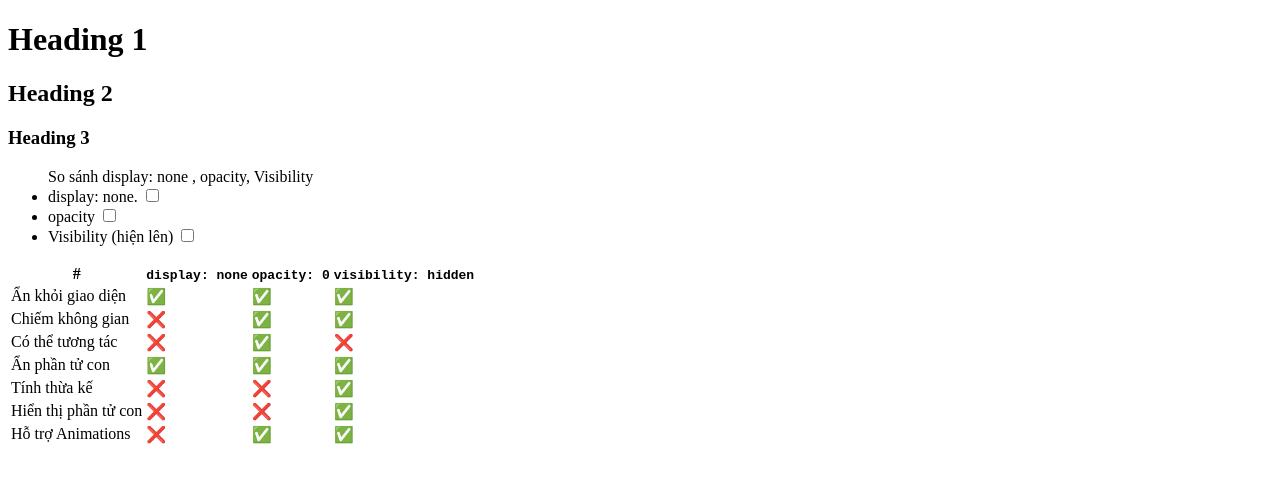
Repository: phanvu0103/HTML-CSS
Page: CSS_23_Thẻ-Inline_và_Thẻ_block/07_So-sánh-display-opacity-và-visibility-#1/index.html
These files come from the project's save history. The page is drawn as it stood at one moment and after the next save; the edit follows.
The browser window is 1280 px wide. The pictures show the whole page.

Above is the page before, as saved 2022-10-18 13:42:39.

After the next save:
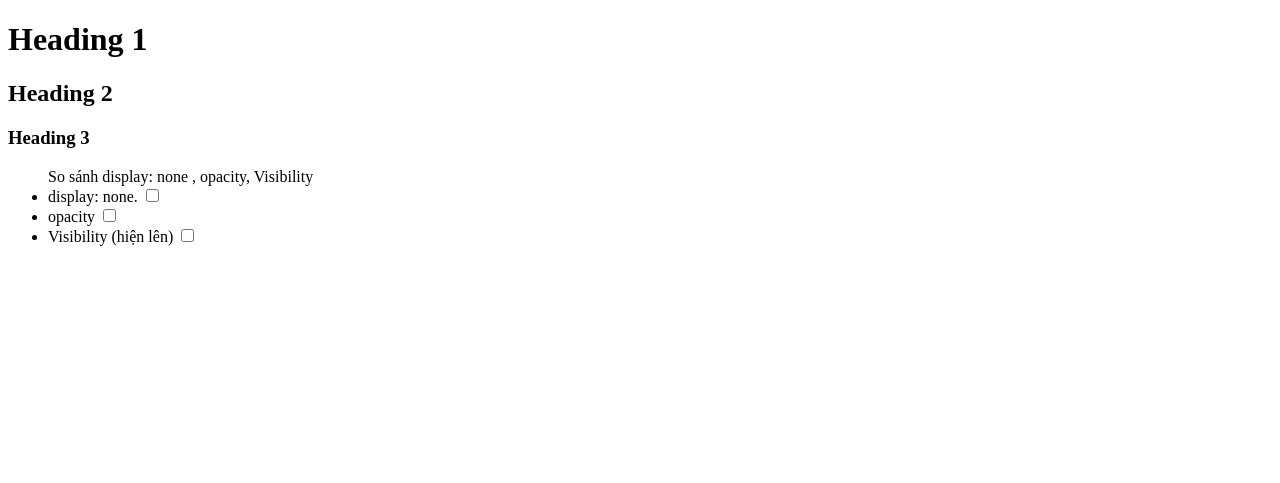
Saved 12 s later.
--- a/CSS_23_Thẻ-Inline_và_Thẻ_block/07_So-sánh-display-opacity-và-visibility-#1/index.html
+++ b/CSS_23_Thẻ-Inline_và_Thẻ_block/07_So-sánh-display-opacity-và-visibility-#1/index.html
@@ -26,59 +26,5 @@
         <input type="checkbox" />
       </li>
     </ul>
-    <table>
-      <thead>
-        <tr>
-          <th>#</th>
-          <th><code>display: none</code></th>
-          <th><code>opacity: 0</code></th>
-          <th><code>visibility: hidden</code></th>
-        </tr>
-      </thead>
-      <tbody>
-        <tr>
-          <td>Ẩn khỏi giao diện</td>
-          <td>✅</td>
-          <td>✅</td>
-          <td>✅</td>
-        </tr>
-        <tr>
-          <td>Chiếm không gian</td>
-          <td>❌</td>
-          <td>✅</td>
-          <td>✅</td>
-        </tr>
-        <tr>
-          <td>Có thể tương tác</td>
-          <td>❌</td>
-          <td>✅</td>
-          <td>❌</td>
-        </tr>
-        <tr>
-          <td>Ẩn phần tử con</td>
-          <td>✅</td>
-          <td>✅</td>
-          <td>✅</td>
-        </tr>
-        <tr>
-          <td>Tính thừa kế</td>
-          <td>❌</td>
-          <td>❌</td>
-          <td>✅</td>
-        </tr>
-        <tr>
-          <td>Hiển thị phần tử con</td>
-          <td>❌</td>
-          <td>❌</td>
-          <td>✅</td>
-        </tr>
-        <tr>
-          <td>Hỗ trợ Animations</td>
-          <td>❌</td>
-          <td>✅</td>
-          <td>✅</td>
-        </tr>
-      </tbody>
-    </table>
   </body>
 </html>
